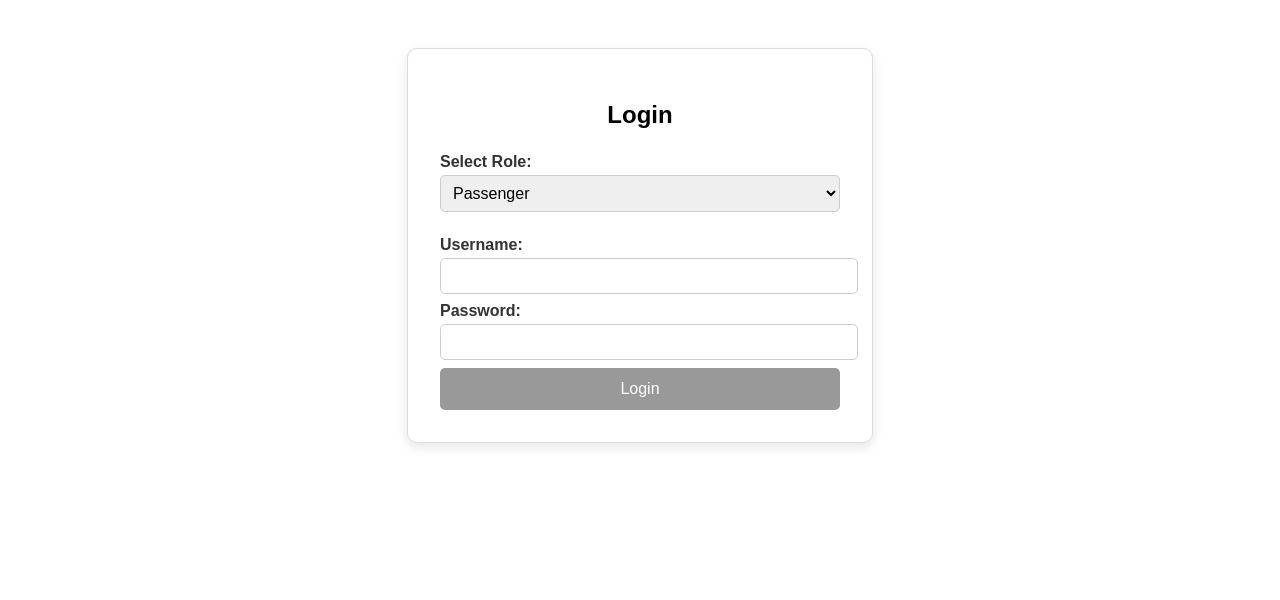
Repository: Shenes35/Booking-system
Page: /passenger (app in frontend/)
The author's editor kept a copy of each file at every save. The page is drawn from the files as they stood at one save, then again after the next save.
The browser window is 1280 px wide. The pictures show the whole page.
The project was rebuilt for these pictures with package versions that can differ from the ones it lists, and the page was loaded fresh each time. Also part of the build but not shown: frontend/src/components/ErrorBoundary.jsx.

Above is the page before, as saved 2025-05-19 20:02:04.

### frontend/src/index.js
import React from 'react';
import ReactDOM from 'react-dom/client';
import './index.css';
import App from './App.jsx';       // ONLY one import of App
import reportWebVitals from './reportWebVitals';

const root = ReactDOM.createRoot(document.getElementById('root'));
root.render(
  <React.StrictMode>
    <App />
  </React.StrictMode>
);

reportWebVitals();

### frontend/src/App.jsx
// App.jsx
import React, { Suspense } from 'react';
import { BrowserRouter as Router, Routes, Route, Navigate } from 'react-router-dom';

import { AuthProvider, AuthContext } from './context/AuthContext';
import { FlightsProvider } from './context/FlightsContext';

// Lazy load components for code splitting
const LoginPage = React.lazy(() => import('./components/LoginPage'));
const AdminDashboard = React.lazy(() => import('./components/AdminDashboard'));
const PassengerWindow = React.lazy(() => import('./components/PassengerWindow'));
const ErrorBoundary = React.lazy(() => import('./components/ErrorBoundary'));

// ProtectedRoute component for route guarding
const ProtectedRoute = ({ children, allowedRoles }) => {
  const { user } = React.useContext(AuthContext);

  if (!user || !allowedRoles.includes(user.role)) {
    // User not logged in or unauthorized role - redirect to login
    return <Navigate to="/" replace />;
  }

  // Authorized access
  return children;
};

const App = () => {
  return (
    <AuthProvider>
      <FlightsProvider>
        <Router>
          <Suspense fallback={<div>Loading...</div>}>
            <ErrorBoundary>
              <Routes>
                {/* Public Route */}
                <Route path="/" element={<LoginPage />} />

                {/* Protected Admin Route */}
                <Route
                  path="/admin"
                  element={
                    <ProtectedRoute allowedRoles={['admin']}>
                      <AdminDashboard />
                    </ProtectedRoute>
                  }
                />

                {/* Protected Passenger Route */}
                <Route
                  path="/passenger"
                  element={
                    <ProtectedRoute allowedRoles={['passenger']}>
                      <PassengerWindow />
                    </ProtectedRoute>
                  }
                />

                {/* Catch-all redirect */}
                <Route path="*" element={<Navigate to="/" replace />} />
              </Routes>
            </ErrorBoundary>
          </Suspense>
        </Router>
      </FlightsProvider>
    </AuthProvider>
  );
};

export default App;

### frontend/src/context/AuthContext.jsx
// context/AuthContext.jsx
import React, { createContext, useState, useEffect, useMemo } from 'react';

// Create the AuthContext
export const AuthContext = createContext();

export const AuthProvider = ({ children }) => {
  // Initialize user from localStorage or null
  const [user, setUser] = useState(() => {
    try {
      const savedUser = localStorage.getItem('user');
      return savedUser ? JSON.parse(savedUser) : null;
    } catch (error) {
      console.error("Failed to parse user from localStorage:", error);
      return null;
    }
  });

  // Update localStorage whenever user changes (except when user is null, remove item)
  useEffect(() => {
    if (user) {
      localStorage.setItem('user', JSON.stringify(user));
    } else {
      localStorage.removeItem('user');
    }
  }, [user]);

  // Login function sets user info (e.g., role and username)
  const login = (role, username) => {
    setUser({ role, username });
  };

  // Logout clears user info
  const logout = () => {
    setUser(null);
  };

  // Derived state for convenience
  const isAuthenticated = !!user;

  // Memoize the context value to avoid unnecessary re-renders
  const value = useMemo(() => ({
    user,
    isAuthenticated,
    login,
    logout,
  }), [user, isAuthenticated]);

  return (
    <AuthContext.Provider value={value}>
      {children}
    </AuthContext.Provider>
  );
};

### frontend/src/context/FlightsContext.jsx
import React, { createContext, useReducer, useEffect } from "react";

// Initial state loaded from localStorage or empty array if none
const initialState = JSON.parse(localStorage.getItem("flights")) || [];

// Reducer to manage flights state: add, clear, update, delete (example cases)
function flightsReducer(state, action) {
  switch (action.type) {
    case "ADD_FLIGHT":
      return [...state, action.payload];

    case "UPDATE_FLIGHT":
      return state.map(flight =>
        flight.id === action.payload.id ? action.payload : flight
      );

    case "DELETE_FLIGHT":
      return state.filter(flight => flight.id !== action.payload.id);

    case "CLEAR_FLIGHTS":
      return [];

    default:
      return state;
  }
}

// Create FlightsContext
export const FlightsContext = createContext();

// FlightsProvider component to wrap app parts needing flights state
export const FlightsProvider = ({ children }) => {
  const [flights, dispatch] = useReducer(flightsReducer, initialState);

  // Sync flights state to localStorage on every change
  useEffect(() => {
    localStorage.setItem("flights", JSON.stringify(flights));
  }, [flights]);

  return (
    <FlightsContext.Provider value={{ flights, dispatch }}>
      {children}
    </FlightsContext.Provider>
  );
};

### frontend/src/components/LoginPage.jsx
import React, { useState, useContext } from 'react';
import { AuthContext } from '../context/AuthContext';
import { useNavigate } from 'react-router-dom';

const LoginPage = () => {
  const { login } = useContext(AuthContext);
  const [role, setRole] = useState('passenger');
  const [username, setUsername] = useState('');
  const [password, setPassword] = useState('');
  const [errors, setErrors] = useState({});
  const navigate = useNavigate();

  const validate = () => {
    const newErrors = {};
    if (!username.trim()) newErrors.username = 'Username is required';
    if (!password.trim()) newErrors.password = 'Password is required';
    return newErrors;
  };

  const handleSubmit = (e) => {
    e.preventDefault();
    const validationErrors = validate();
    if (Object.keys(validationErrors).length > 0) {
      setErrors(validationErrors);
      return;
    }
    setErrors({});
    login(role, username);
    setPassword('');
    if (role === 'admin') navigate('/admin');
    else navigate('/passenger');
  };
  const pageStyle = {
    minHeight: '100vh',
    backgroundColor: '#f0f2f5', // light background
    display: 'flex',
    justifyContent: 'center',
    alignItems: 'center'
  };

  const containerStyle = {
    maxWidth: '400px',
    margin: '3rem auto',
    padding: '2rem',
    border: '1px solid #ddd',
    borderRadius: '10px',
    boxShadow: '0 4px 12px rgba(0, 0, 0, 0.1)',
    backgroundColor: '#fff',
    fontFamily: 'Arial, sans-serif'
  };

  const labelStyle = {
    fontWeight: 'bold',
    marginBottom: '0.25rem',
    display: 'block',
    color: '#333'
  };

  const inputStyle = {
    width: '100%',
    padding: '0.5rem',
    borderRadius: '5px',
    border: '1px solid #ccc',
    marginBottom: '0.5rem',
    fontSize: '1rem'
  };

  const errorStyle = {
    color: 'red',
    fontSize: '0.875rem',
    marginBottom: '0.5rem'
  };

  const buttonStyle = {
    width: '100%',
    padding: '0.75rem',
    backgroundColor: '#007bff',
    color: '#fff',
    border: 'none',
    borderRadius: '5px',
    fontSize: '1rem',
    cursor: 'pointer',
    transition: 'background-color 0.3s ease'
  };

  const disabledButtonStyle = {
    ...buttonStyle,
    backgroundColor: '#999',
    cursor: 'not-allowed'
  };

  return (
    <main style={containerStyle}>
      <h2 style={{ textAlign: 'center', marginBottom: '1.5rem' }}>Login</h2>
      <form onSubmit={handleSubmit} noValidate>
        <div style={{ marginBottom: '1rem' }}>
          <label htmlFor="role-select" style={labelStyle}>Select Role:</label>
          <select
            id="role-select"
            value={role}
            onChange={e => setRole(e.target.value)}
            style={inputStyle}
            aria-label="Select user role"
          >
            <option value="admin">Admin</option>
            <option value="passenger">Passenger</option>
          </select>
        </div>

        <div>
          <label htmlFor="username" style={labelStyle}>Username:</label>
          <input
            id="username"
            name="username"
            type="text"
            value={username}
            onChange={e => setUsername(e.target.value)}
            autoComplete="username"
            style={inputStyle}
            aria-describedby="username-error"
          />
          {errors.username && <div id="username-error" style={errorStyle}>{errors.username}</div>}
        </div>

        <div>
          <label htmlFor="password" style={labelStyle}>Password:</label>
          <input
            id="password"
            name="password"
            type="password"
            value={password}
            onChange={e => setPassword(e.target.value)}
            autoComplete="current-password"
            style={inputStyle}
            aria-describedby="password-error"
          />
          {errors.password && <div id="password-error" style={errorStyle}>{errors.password}</div>}
        </div>

        <button
          type="submit"
          disabled={!username.trim() || !password.trim()}
          style={!username.trim() || !password.trim() ? disabledButtonStyle : buttonStyle}
        >
          Login
        </button>
      </form>
    </main>
  );
};

export default LoginPage;

Loaded but not shown: frontend/public/index.html (common file); frontend/src/index.css (common file); frontend/src/reportWebVitals.js (common file)

After the next save:
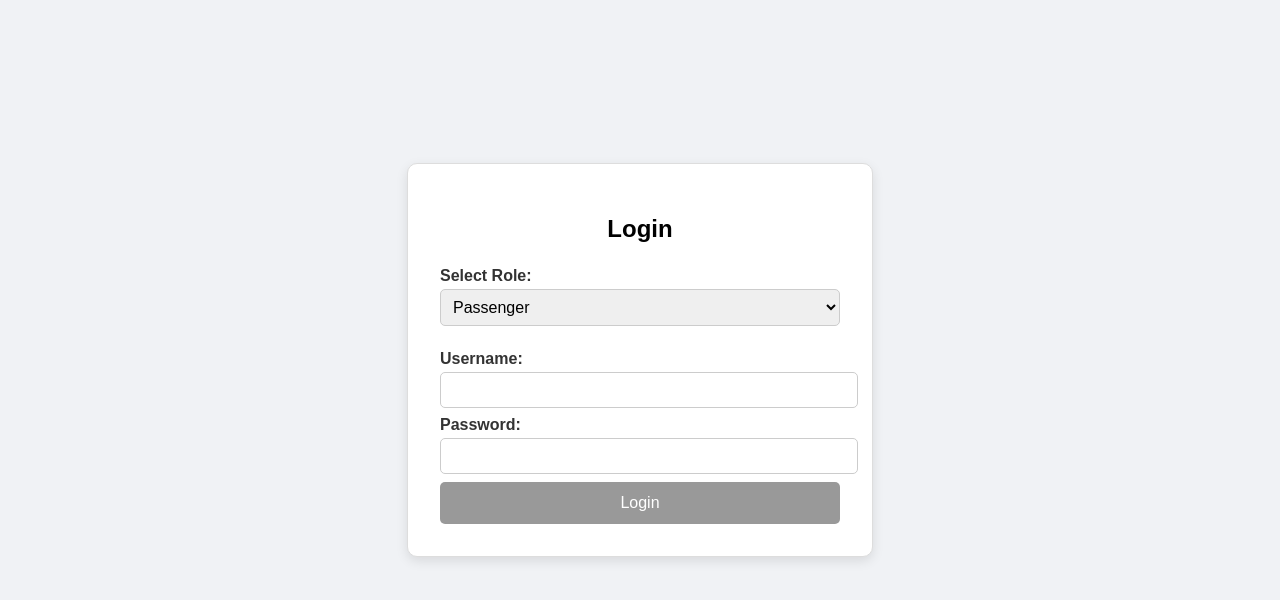
Saved 63 s later.
--- a/frontend/src/components/LoginPage.jsx
+++ b/frontend/src/components/LoginPage.jsx
@@ -30,6 +30,7 @@ const LoginPage = () => {
     if (role === 'admin') navigate('/admin');
     else navigate('/passenger');
   };
+
   const pageStyle = {
     minHeight: '100vh',
     backgroundColor: '#f0f2f5', // light background
@@ -39,8 +40,8 @@ const LoginPage = () => {
   };
 
   const containerStyle = {
+    width: '100%',
     maxWidth: '400px',
-    margin: '3rem auto',
     padding: '2rem',
     border: '1px solid #ddd',
     borderRadius: '10px',
@@ -90,62 +91,64 @@ const LoginPage = () => {
   };
 
   return (
-    <main style={containerStyle}>
-      <h2 style={{ textAlign: 'center', marginBottom: '1.5rem' }}>Login</h2>
-      <form onSubmit={handleSubmit} noValidate>
-        <div style={{ marginBottom: '1rem' }}>
-          <label htmlFor="role-select" style={labelStyle}>Select Role:</label>
-          <select
-            id="role-select"
-            value={role}
-            onChange={e => setRole(e.target.value)}
-            style={inputStyle}
-            aria-label="Select user role"
+    <div style={pageStyle}>
+      <main style={containerStyle}>
+        <h2 style={{ textAlign: 'center', marginBottom: '1.5rem' }}>Login</h2>
+        <form onSubmit={handleSubmit} noValidate>
+          <div style={{ marginBottom: '1rem' }}>
+            <label htmlFor="role-select" style={labelStyle}>Select Role:</label>
+            <select
+              id="role-select"
+              value={role}
+              onChange={e => setRole(e.target.value)}
+              style={inputStyle}
+              aria-label="Select user role"
+            >
+              <option value="admin">Admin</option>
+              <option value="passenger">Passenger</option>
+            </select>
+          </div>
+
+          <div>
+            <label htmlFor="username" style={labelStyle}>Username:</label>
+            <input
+              id="username"
+              name="username"
+              type="text"
+              value={username}
+              onChange={e => setUsername(e.target.value)}
+              autoComplete="username"
+              style={inputStyle}
+              aria-describedby="username-error"
+            />
+            {errors.username && <div id="username-error" style={errorStyle}>{errors.username}</div>}
+          </div>
+
+          <div>
+            <label htmlFor="password" style={labelStyle}>Password:</label>
+            <input
+              id="password"
+              name="password"
+              type="password"
+              value={password}
+              onChange={e => setPassword(e.target.value)}
+              autoComplete="current-password"
+              style={inputStyle}
+              aria-describedby="password-error"
+            />
+            {errors.password && <div id="password-error" style={errorStyle}>{errors.password}</div>}
+          </div>
+
+          <button
+            type="submit"
+            disabled={!username.trim() || !password.trim()}
+            style={!username.trim() || !password.trim() ? disabledButtonStyle : buttonStyle}
           >
-            <option value="admin">Admin</option>
-            <option value="passenger">Passenger</option>
-          </select>
-        </div>
-
-        <div>
-          <label htmlFor="username" style={labelStyle}>Username:</label>
-          <input
-            id="username"
-            name="username"
-            type="text"
-            value={username}
-            onChange={e => setUsername(e.target.value)}
-            autoComplete="username"
-            style={inputStyle}
-            aria-describedby="username-error"
-          />
-          {errors.username && <div id="username-error" style={errorStyle}>{errors.username}</div>}
-        </div>
-
-        <div>
-          <label htmlFor="password" style={labelStyle}>Password:</label>
-          <input
-            id="password"
-            name="password"
-            type="password"
-            value={password}
-            onChange={e => setPassword(e.target.value)}
-            autoComplete="current-password"
-            style={inputStyle}
-            aria-describedby="password-error"
-          />
-          {errors.password && <div id="password-error" style={errorStyle}>{errors.password}</div>}
-        </div>
-
-        <button
-          type="submit"
-          disabled={!username.trim() || !password.trim()}
-          style={!username.trim() || !password.trim() ? disabledButtonStyle : buttonStyle}
-        >
-          Login
-        </button>
-      </form>
-    </main>
+            Login
+          </button>
+        </form>
+      </main>
+    </div>
   );
 };
 
